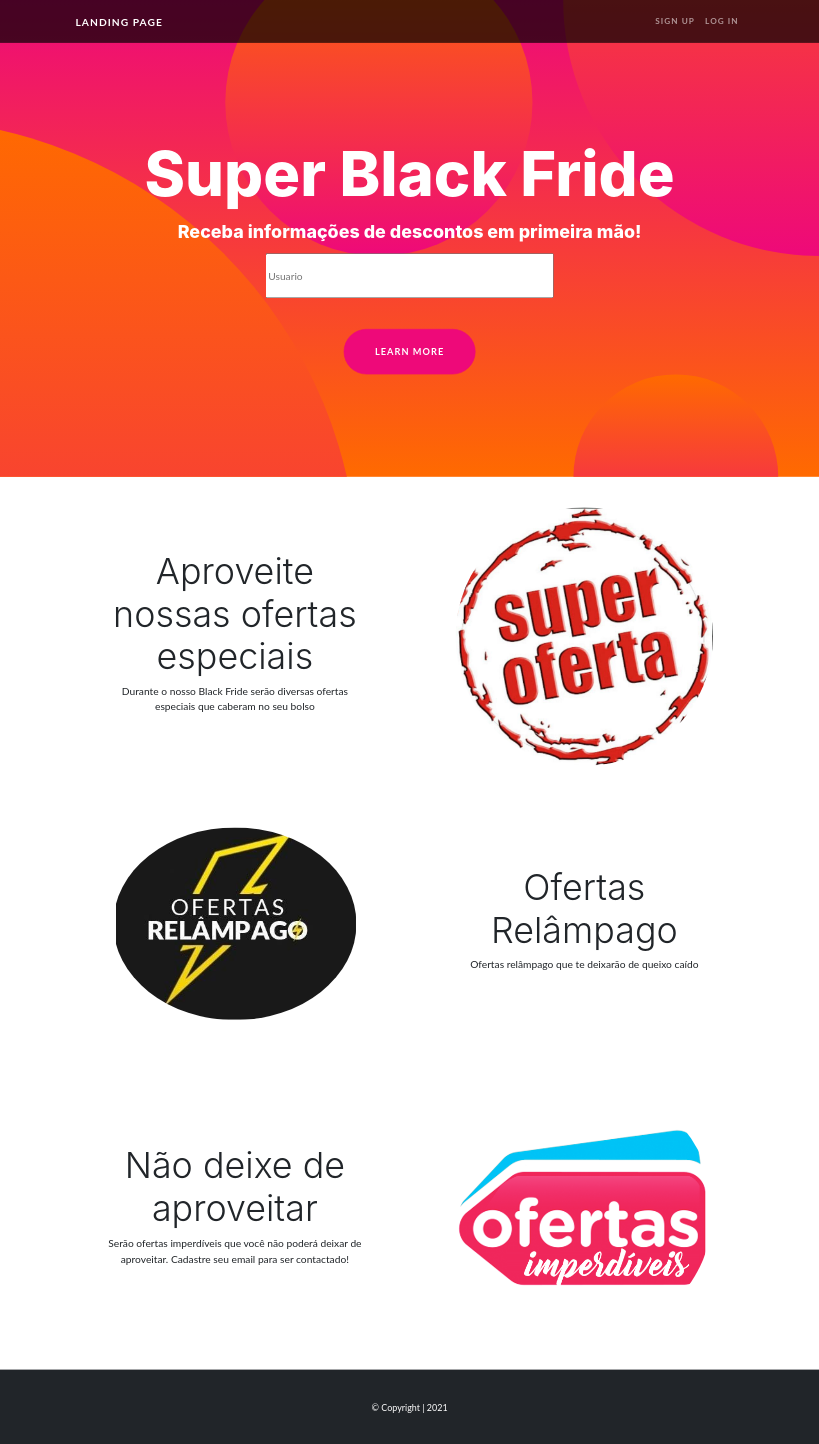
Repository: jrfalcao/landing-page
Page: /
An editor plug-in stored every save of this project. The page is shown before and after the next save, followed by the edit.
The browser window is 1280 px wide. The pictures show the whole page, at 64% of full size.
The project was rebuilt for these pictures with package versions that can differ from the ones it lists, and the page was loaded fresh each time.

Above is the page before, as saved 2021-07-18 22:25:25.

After the next save:
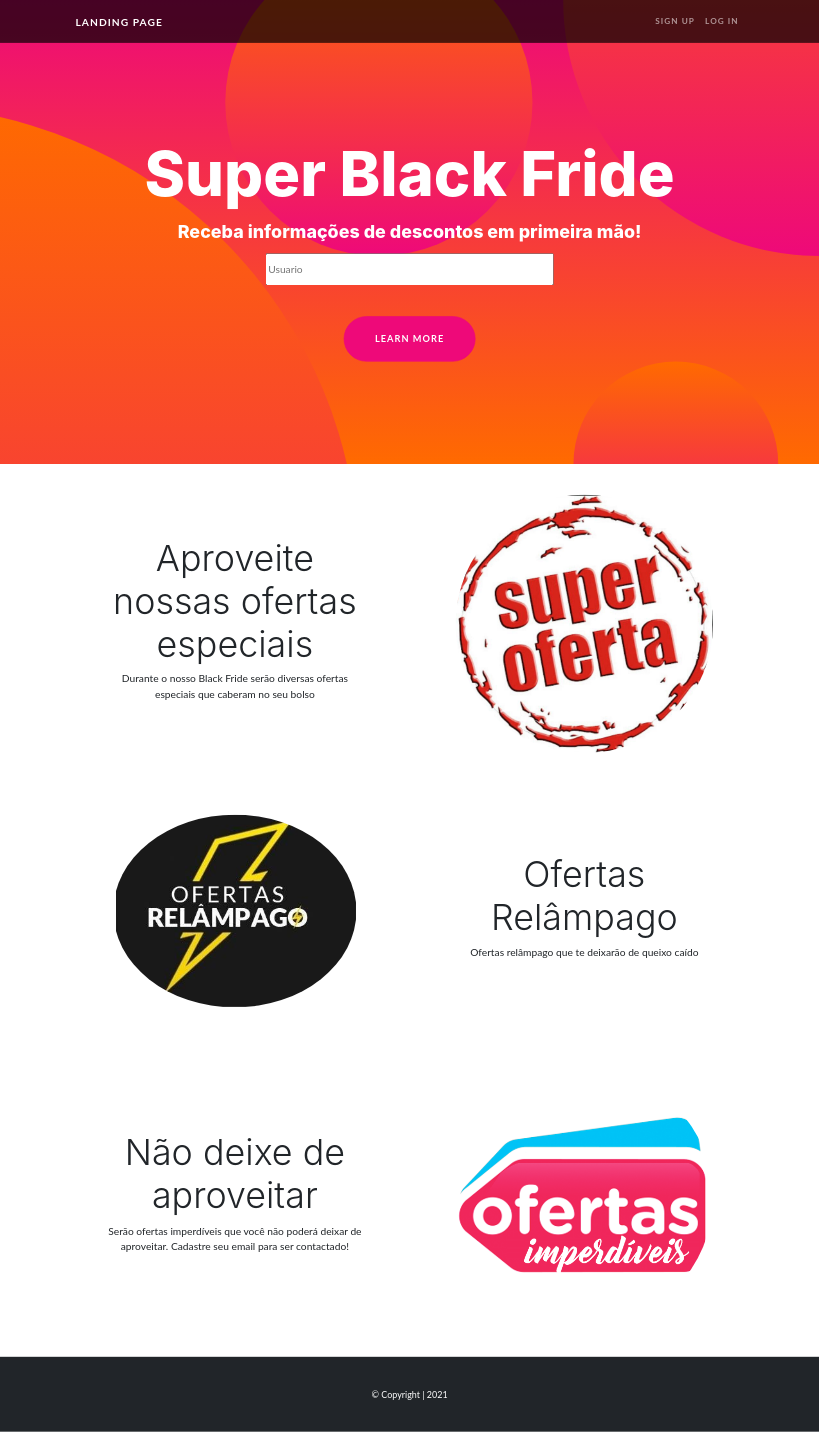
Saved 25 s later.
--- a/src/assets/css/App.css
+++ b/src/assets/css/App.css
@@ -31,7 +31,7 @@
 .input-email {
   background: rgba(#000, #000, #000, 0.6);
   width: 450px;
-  height: 70px;
+  height: 50px;
   display: block;
   margin: auto;
 }
